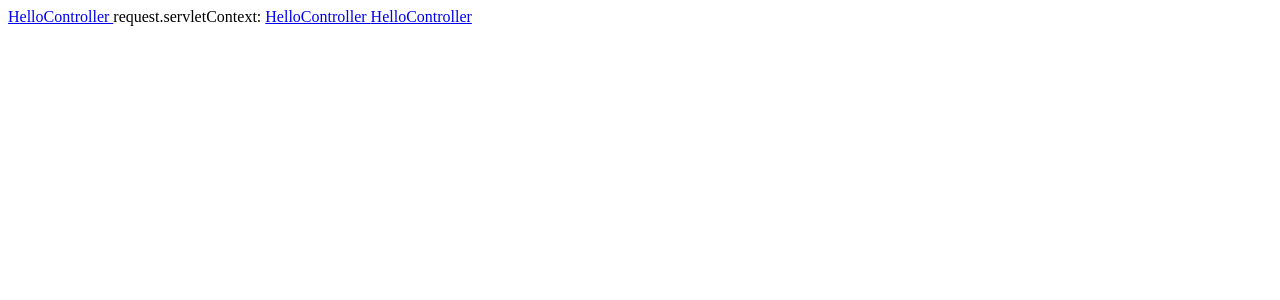
Repository: JunhaPark96/springBoard_maven
Page: http://localhost/springmvc/
An editor plug-in stored every save of this project. The page is shown before and after the next save, followed by the edit.
The browser window is 1280 px wide. The pictures show the whole page.
The page is served by Tomcat 9. Nobody is signed in. The application's start-up code is not run. Other server files are loaded and not shown.

Above is the page before, as saved 2023-08-21 07:32:56.

### springmvc/src/main/webapp/index.jsp
<%@ page language="java" contentType="text/html; charset=UTF-8"
    pageEncoding="UTF-8"%>
<!DOCTYPE html>
<html>
<head>
<meta charset="UTF-8">
<title>Insert title here</title>
</head>
<body>
	<!-- request.uri - springmvc/hello/hello -->
	<!-- request.contextPath - springmvc -->
	<!-- request.servletPath - hello/hello -->
	<%-- <a href="<%=request.getContextPath()%>/hello/h1"> HelloController </a> --%>
	<a href="${pageContext.request.contextPath}/hello/h1"> HelloController </a>
	request.servletContext: <a href="${pageContext.request.servletContext}/hello/h1"> HelloController </a>
	<a href="${pageContext.request.servletContext}/hello/h1"> HelloController </a>

</body>
</html>

After the next save:
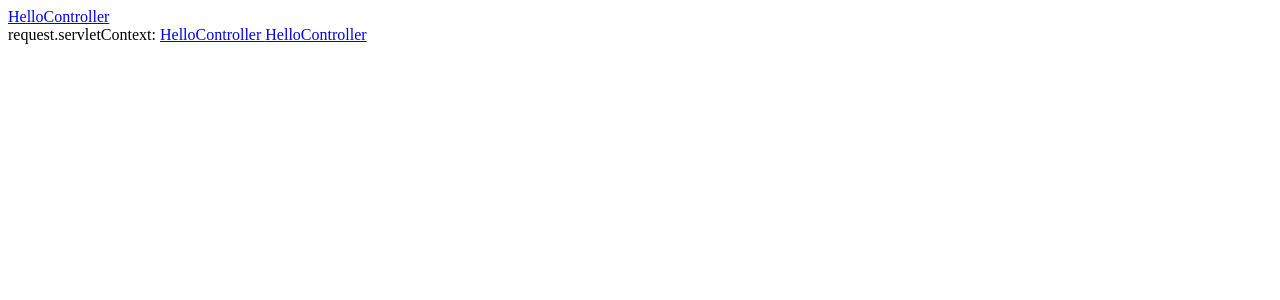
Saved 5 s later.
--- a/springmvc/src/main/webapp/index.jsp
+++ b/springmvc/src/main/webapp/index.jsp
@@ -11,7 +11,7 @@
 	<!-- request.contextPath - springmvc -->
 	<!-- request.servletPath - hello/hello -->
 	<%-- <a href="<%=request.getContextPath()%>/hello/h1"> HelloController </a> --%>
-	<a href="${pageContext.request.contextPath}/hello/h1"> HelloController </a>
+	<a href="${pageContext.request.contextPath}/hello/h1"> HelloController </a><br>
 	request.servletContext: <a href="${pageContext.request.servletContext}/hello/h1"> HelloController </a>
 	<a href="${pageContext.request.servletContext}/hello/h1"> HelloController </a>
 
